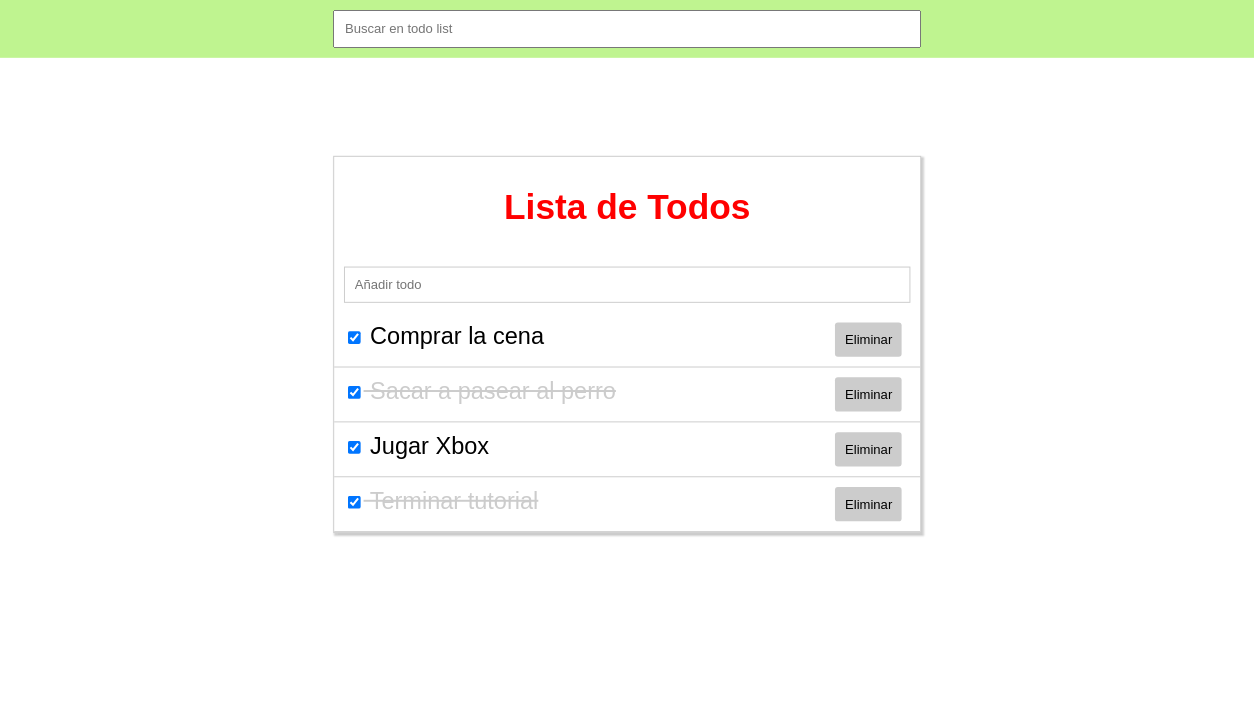
Repository: MauriVaz/Primer-app-con-Vue
Page: /
The author's editor kept a copy of each file at every save. The page is drawn from the files as they stood at one save, then again after the next save.
The browser window is 1280 px wide. The pictures show the whole page, at 98% of full size.
The project was rebuilt for these pictures with package versions that can differ from the ones it lists, and the page was loaded fresh each time. Also part of the build but not shown: vue.config.js.

Above is the page before, as saved 2022-12-28 22:15:35.

After the next save:
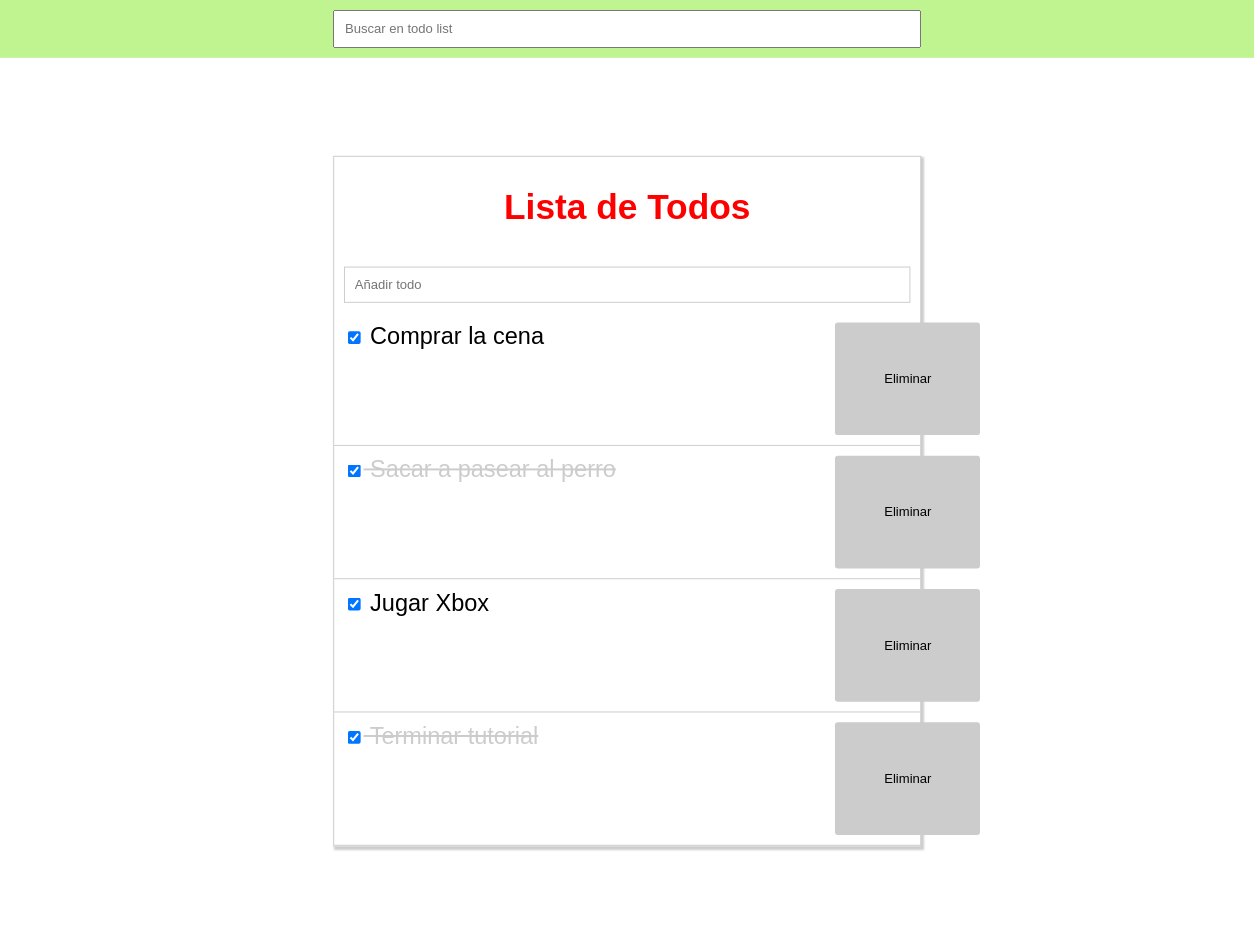
Saved 35 days later.
--- a/src/components/TodoItem.vue
+++ b/src/components/TodoItem.vue
@@ -60,7 +60,7 @@
     button{
         border: none;
         border-radius: 3px;
-        padding: 10px;
+        padding: 50px;
         background-color: #ccc;
         color: black;
     }

After the 2 saves that followed:
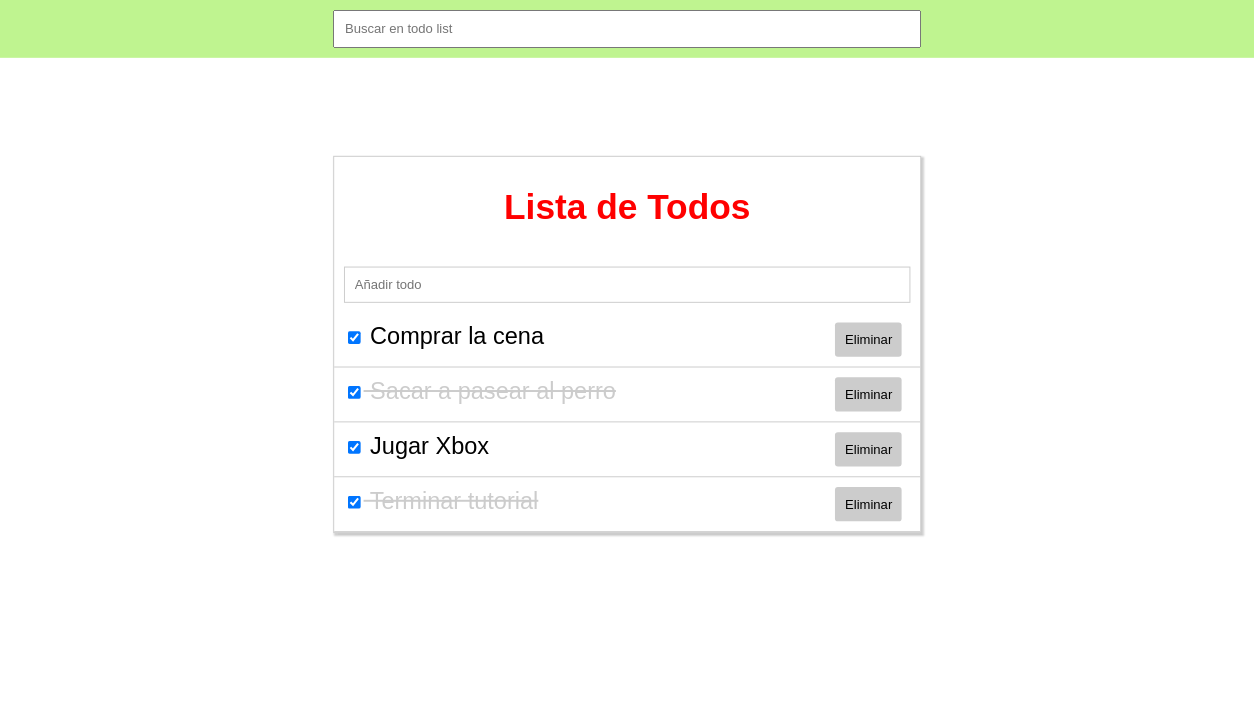
The 2 saves are shown as one change because they came seconds apart.
The last was saved 9 s later.
--- a/src/components/TodoItem.vue
+++ b/src/components/TodoItem.vue
@@ -60,7 +60,7 @@
     button{
         border: none;
         border-radius: 3px;
-        padding: 50px;
+        padding: 10px;
         background-color: #ccc;
         color: black;
     }
